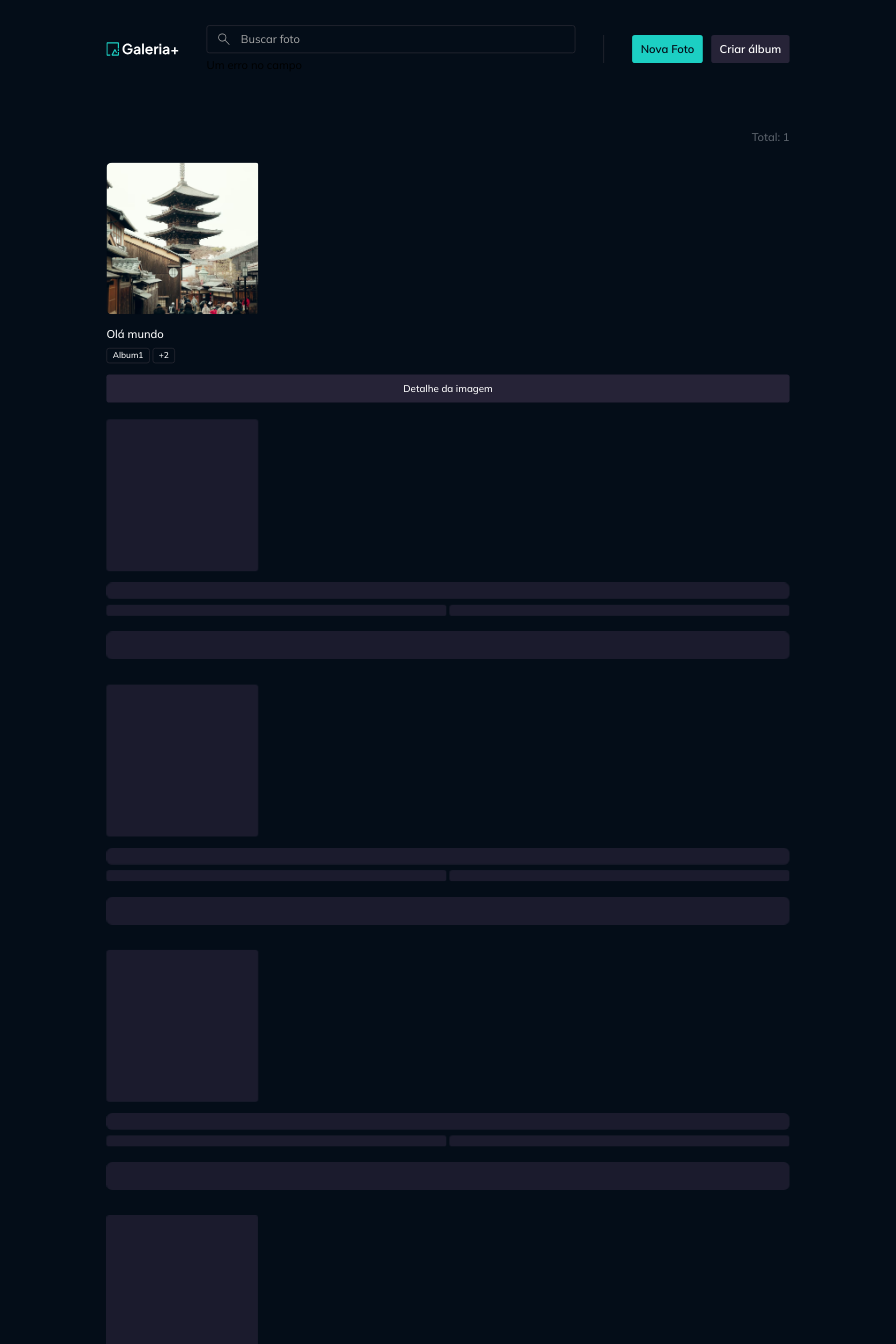
Repository: LuizMXavier/gallery-plus
Page: /
These files come from the project's save history. The page is drawn as it stood at one moment and after a run of saves; the edit follows.
The browser window is 1280 px wide. The pictures show the part of the page from y = 0 to 1920 px (the page is 4493 px tall before and 4521 px after), at 70% of full size.
The project was rebuilt for these pictures with package versions that can differ from the ones it lists, and the page was loaded fresh each time. Also part of the build but not shown: vite.config.ts, src/components/button-icon.tsx, src/components/alert.tsx, src/components/input-checkbox.tsx, src/components/input-single-file.tsx, src/components/card.tsx, src/components/dialog.tsx, src/pages/pages-components.tsx and 1 more.

Above is the page before, as saved 2025-09-22 17:50:13.

### index.html
<!DOCTYPE html>
<html lang="en">
	<head>
		<meta charset="UTF-8" />
		<link rel="icon" type="image/svg+xml" href="/favicon.svg" />

		<meta name="viewport" content="width=device-width, initial-scale=1.0" />

		<link rel="preconnect" href="https://fonts.googleapis.com" />
		<link rel="preconnect" href="https://fonts.gstatic.com" crossorigin />
		<link
			href="https://fonts.googleapis.com/css2?family=Mulish:ital,wght@0,200..1000;1,200..1000&display=swap"
			rel="stylesheet"
		/>

		<title>Galeria+</title>
	</head>
	<body class="bg-background-primary">
		<div id="root"></div>
		<script type="module" src="/src/main.tsx"></script>
	</body>
</html>

### src/main.tsx
import "./index.css";

import {StrictMode} from "react";
import {createRoot} from "react-dom/client";
import App from "./App.tsx";

createRoot(document.getElementById("root")!).render(
	<StrictMode>
		<App />
	</StrictMode>
);

### src/index.css
@import "tailwindcss";
@import "tw-animate-css";

@theme {
	--color-*: initial;
	--color-white: #ffffff;
	--color-black: #000000;
	--color-background-primary: #040d18;
	--color-background-secondary: #262337;
	--color-background-tertiary: #3c3857;
	--color-border-primary: #2c2c35;
	--color-border-active: #4c4c5d;
	--color-accent-brand: #1ccfc3;
	--color-accent-brand-light: #66eae1;
	--color-accent-red: #f54a26;
	--color-heading: #fafcff;
	--color-accent-paragraph: #f1f7ff;
	--color-accent-span: #5c636c;
	--color-placeholder: #a9a9a9;
	--color-label: #ffffff;
	--color-label-inverse: #040d18;

	--font-sans: "Mulish", sans-serif;
}

### src/App.tsx
import {BrowserRouter, Route, Routes} from "react-router";
import PageComponents from "./pages/pages-components";
import LayoutMain from "./pages/layout-main";
import PageHome from "./pages/page-home";
import PagePhotoDetails from "./pages/page-photo-details";

export default function App() {
	return (
		<BrowserRouter>
			<Routes>
				<Route element={<LayoutMain/>}>
					<Route index element={<PageHome/>}/>
					<Route path="/fotos/:id" element={<PagePhotoDetails/>}/>
					<Route path="/componentes" element={<PageComponents/>}/>
				</Route>

			</Routes>
		</BrowserRouter>
	)
}

### src/pages/layout-main.tsx
import { Outlet } from "react-router";
import MainHeader from "../components/main-header";
import MainContent from "../components/main-content";

export default function LayoutMain() {
  return (
    <>
      <MainHeader className="mt-9" />
      <MainContent>
        <Outlet />
      </MainContent>
    </>
  );
}

### src/pages/page-home.tsx
import Container from "../components/container";
import PhotoList from "../contexts/photos/components/photos-list";

export default function PageHome() {
  return (
    <Container>
      <PhotoList
        photos={[{
            id: "123",
            title: "Olá mundo",
            imageId: "portrait-tower.png",
            albums: [
              { id: "3421", title: "Album1" },
              { id: "123", title: "Album2" },
              { id: "456", title: "Album3" },
            ],
          },
        ]}
      />
    </Container>
  );
}

### src/components/button.tsx
import React from "react";
import Icon from "./icon";
import Text from "./text";
import {tv, type VariantProps} from "tailwind-variants";
import SpinnerIcon from "../assets/icons/spinner.svg?react";
import cx from "classnames";

export const buttonVariants = tv({
	base: "flex items-center justify-center cursor-pointer transition rounded group gap-1",
	variants: {
		variant: {
			primary: "bg-accent-brand hover:bg-accent-brand-light",
			secondary: "bg-background-secondary hover:bg-background-tertiary",
			destructive: "bg-background-secondary hover:bg-background-tertiary",
			ghost: `
					bg-transparent border border-solid border-border-primary
				text-accent-paragraph hover:border-background-secondary
				`,
		},
		size: {
			sm: "h-7 py-1 px-3",
			md: "h-10 py-2 pl-3 pr-3",
		},
		disabled: {
			true: "opacity-50 pointer-events-none",
		},
		handling: {
			true: "pointer-events-none",
		},
	},
	defaultVariants: {
		variant: "primary",
		size: "md",
		disabled: false,
		handling: false,
	},
});

export const buttonTextVariants = tv({
	variants: {
		variant: {
			primary: "text-label-inverse",
			secondary: "text-label",
			destructive: "text-accent-red",
			ghost: "text-accent-paragraph",
		},
		size: {
			sm: "text-sm",
			md: "text-base",
		},
	},
	defaultVariants: {
		variant: "primary",
		size: "md",
	},
});

export const buttonIconVariants = tv({
	variants: {
		variant: {
			primary: "fill-label-inverse",
			secondary: "fill-label",
			destructive: "fill-accent-red",
			ghost: "fill-accent-paragraph",
		},
		size: {
			sm: "w-4 h-4",
			md: "w-6 h-6",
		},
		handling: {
			true: "w-4 h-4",
		},
	},
	defaultVariants: {
		variant: "primary",
		size: "md",
	},
});

interface ButtonProps
	extends Omit<React.ComponentProps<"button">, "size" | "disabled">,
		VariantProps<typeof buttonVariants> {
	icon?: React.ComponentProps<typeof Icon>["svg"];
	handling?: boolean;
}

export default function Button({
	variant,
	size,
	disabled,
	className,
	children,
	handling,
	icon,
	type = "button",
	...props
}: ButtonProps) {
	return (
		<button
			type={type}
			className={buttonVariants({
				variant,
				size,
				disabled,
				handling,
				className: cx(
					{
						"pr-1": icon,
					},
					className
				),
			})}
			disabled={disabled as boolean}
			{...props}
		>
			<Text
				variant="label-medium"
				className={buttonTextVariants({variant, size})}
			>
				{children}
			</Text>
			{(icon || handling) && (
				<Icon
					svg={handling ? SpinnerIcon : icon!}
					animate={handling}
					className={buttonIconVariants({variant, size, handling})}
				/>
			)}
		</button>
	);
}

### src/components/badge.tsx
import React from "react";
import Text from "./text";
import {tv, type VariantProps} from "tailwind-variants";
import cx from "classnames";
import Skeleton from "./skeleton";

export const badgeVariants = tv({
	base: "inline-flex items-center justify-center rounded",
	variants: {
		variant: {
			none: "",
			ghost:
				"bg-transparent border border-solid border-border-primary text-accent-paragraph",
		},
		size: {
			xs: "py-0.5 px-2",
			sm: "py-1 px-3",
		},
	},
	defaultVariants: {
		variant: "ghost",
		size: "sm",
	},
});

export const badgeTextVariants = tv({
	base: "text-xs",
	variants: {
		size: {
			xs: "text-xs",
			sm: "text-sm",
		},
	},
});

export const badgeSkeletonVariants = tv({
	variants: {
		size: {
			xs: "w-12 h-[1.375rem]",
			sm: "w-16 h-[1.875rem]",
		},
	},
	defaultVariants: {
		size: "sm",
	},
});

interface BadgeProps
	extends React.ComponentProps<"div">,
		VariantProps<typeof badgeVariants> {
	loading?: boolean;
}

export default function Badge({
	variant,
	size,
	className,
	children,
	loading,
	...props
}: BadgeProps) {
	if (loading) {
		return (
			<Skeleton
				rounded="full"
				className={cx(
					badgeVariants({variant: "none"}),
					badgeSkeletonVariants({size}),
					className
				)}
			/>
		);
	}

	return (
		<div className={badgeVariants({variant, size, className})} {...props}>
			<Text className={badgeTextVariants({size})}>{children}</Text>
		</div>
	);
}

### src/components/text.tsx
import React from "react";
import {tv, type VariantProps} from "tailwind-variants";

export const textVariants = tv({
	base: "font-sans text-white",
	variants: {
		variant: {
			"heading-large": "text-2xl leading-[130%] font-bold",
			"heading-medium": "text-xl leading-[130%] font-bold",
			"heading-small": "text-base leading-[130%] font-bold",
			"paragraph-large": "text-base leading-[150%] font-medium",
			"paragraph-medium": "text-sm leading-[150%] font-medium",
			"paragraph-small": "text-xs leading-[150%] font-medium",
			"label-medium": "text-base leading-[150%] font-semibold",
			"label-small": "text-xs leading-[150%] font-semibold",
		},
	},
	defaultVariants: {
		variant: "paragraph-medium",
	},
});

interface TextProps extends VariantProps<typeof textVariants> {
	as?: keyof React.JSX.IntrinsicElements;
	className?: string;
	children?: React.ReactNode;
}

export default function Text({
	as = "span",
	variant,
	className,
	children,
	...props
}: TextProps) {
	return React.createElement(
		as,
		{
			className: textVariants({variant, className}),
			...props,
		},
		children
	);
}

### src/components/divider.tsx
import {tv, type VariantProps} from "tailwind-variants";

export const dividerVariants = tv({
	base: "w-full h-px ",
	variants: {
		variant: {
			default: "bg-border-primary",
		},
		orientation: {
			horizontal: "w-full h-px",
			vertical: "w-px h-full",
		},
	},
	defaultVariants: {
		variant: "default",
	},
});

interface DividerProps
	extends React.ComponentProps<"div">,
		VariantProps<typeof dividerVariants> {
	orientation?: "horizontal" | "vertical";
}

export default function Divider({
	className,
	orientation = "horizontal",
	...props
}: DividerProps) {
	return (
		<div className={dividerVariants({className, orientation})} {...props} />
	);
}

### src/components/input-text.tsx
import { tv, type VariantProps } from "tailwind-variants";
import Icon from "./icon";
import Text from "./text";
import { serialize } from "v8";

export const inputTextContainerVariants = tv({
    base: "flex flex-col gap-1"
})

export const inputTextWrapperVariants = tv({
    base:`
        border border-solid border-border-primary
        focus:border-border-active bg-transparent
        rounded flex items-center gap-3
    `,
    variants: {
        size: {
            md:"h-10 p-3"
        },
        disabled: {
            true:"pointer-events-none"
        }
    },
    defaultVariants: {
        size:"md",
        disabled: false
    }
});

export const inputTextVariants = tv({
    base: `
        bg-transparent outiline-none placeholder:text-placeholder
        text-accent-paragraph flex-1
    `
})

export const inputTextIconVariants = tv({
    base:"fill-placeholder",
    variants: {
        size: {
            md:"w-6 h-6"
        }
    },
    defaultVariants: {
        size:"md"
    }
})

interface InputTextProps
    extends VariantProps<typeof inputTextWrapperVariants>,
    Omit<React.ComponentProps<"input">,"size" | "disabled"> {
        icon?: React.ComponentProps<typeof Icon>['svg'],
        error?: React.ReactNode;
    }

export default function InputText({
    size,
    disabled,
    className,
    icon,
    error,
    ...props
}: InputTextProps) {
    return (
        <div className={inputTextContainerVariants(className)}>
            <div className={inputTextWrapperVariants({size, disabled})}>
                {icon && <Icon svg={icon} className={inputTextIconVariants({size})}/>}
                <input className={inputTextVariants()} disabled={disabled as boolean} {...props}/>
            </div>Um erro no campo
            {error && (
                <Text variant="label-small" className="text-accent-red">
                {error}
            </Text>
            )}
        </div>
    )
}

### src/components/image-preview.tsx
import { tv } from "tailwind-variants";
import React from "react";

export const imageFilePreviewVariants = tv({
    base:`
        rounded-lg overflow-hidden
    `
});

export const imageFilePreviewImageVariants = tv ({
    base: `w-full h-full object-cover `
})

interface ImageFilePreviewProps extends React.ComponentProps<"img"> {
    imageClassName?: string;
}

export default function ImageFilePreview({
    className,
    imageClassName,
    ...props
}: ImageFilePreviewProps) {
    return (
        <div className={imageFilePreviewVariants({className})}>
            <img className={imageFilePreviewImageVariants({className: imageClassName})} {...props} />
        </div>
    )
}

### src/components/main-header.tsx
import { Link } from "react-router";
import Container from "./container";
import Logo from "../assets/images/galeria-plus-full-logo.svg?react";
import cx from 'classnames';
import Button from "./button";
import PhotosSearch from "./photos-search";
import Divider from "./divider";


interface MainHeaderProps extends React.ComponentProps<typeof Container>{}

export default function MainHeader({className, ...props}: MainHeaderProps) {
    return (
        <Container
            as="header"
            className={cx("flex justify-between items-center gap-10", className)} {...props}
        >
            <Link to="/">
                <Logo className="h-5"/>
            </Link>

            <PhotosSearch/>
            <Divider orientation="vertical" className="h-10"/>

            <div className="flex items-center gap-3">
                <Button>Nova Foto</Button>
                <Button variant="secondary">Criar álbum</Button>
            </div>

        </Container>
    );
}

### src/components/main-content.tsx
import cx from "classnames";

interface MainContentProps extends React.ComponentProps<"main">{}

export default function MainContent({
    children,
    className,
    ...props
}: MainContentProps) {
    return (
        <main className={cx("mt-20 pb-20", className)} {...props}>
            {children}
        </main>
    )
}

### src/components/container.tsx
import {type VariantProps, tv} from "tailwind-variants";
import React from "react";

export const containerVariants = tv({
	base: "mx-auto",
	variants: {
		size: {
			md: "max-w-[62rem] px-2",
		},
	},
	defaultVariants: {
		size: "md",
	},
});

interface ContainerProps
	extends VariantProps<typeof containerVariants>,
		React.ComponentProps<"div"> {
	as?: keyof React.JSX.IntrinsicElements;
}

export default function Container({
	as = "div",
	children,
	className,
	...props
}: ContainerProps) {
	return React.createElement(
		as,
		{
			className: containerVariants({size: "md", className}),
			...props,
		},
		children
	);
}

### src/contexts/photos/components/photos-list.tsx
import type { Photo } from "../models/photo";
import PhotoWidget from "./photo-widget";
import Text from "../../../components/text";
import Skeleton from "../../../components/skeleton";

interface PhotosListProps {
  photos: Photo[];
  loading?: boolean;
}

export default function PhotoList({ photos, loading }: PhotosListProps) {
  return (
    <div className="space-y-6">
        <Text
            as="div"
            variant="paragraph-large"
            className="flex items-center justify-end gap-1 text-accent-span"
        >
            Total:{" "}
            {!loading ? (
                <div>{photos.length}</div>
            ): (
                <Skeleton className="w-6 h-6"/>
            )}

        </Text>
      {!loading && photos?.length > 0 && (
        <div className="grid grid-colds-4 gap-9">
          {photos.map((photo) => (
            <PhotoWidget photo={photo} key={photo.id} />
          ))}
        </div>
      )}
      {!loading && (
        <div className="grid grid-colds-4 gap-9">
          {Array.from({ length: 10 }).map((_, index) => (
            <PhotoWidget
              key={`photo-loading-${index}`}
              photo={{} as Photo}
              loading
            />
          ))}
          ;
        </div>
      )}

      {!loading && photos.length === 0 && (
        <div className="flex justify-center items-center h-full">
          <Text variant="paragraph-large">Nenhuma foto encontrada</Text>
        </div>
      )}
    </div>
  );
}

### src/components/icon.tsx
import React from "react";
import {tv, type VariantProps} from "tailwind-variants";

export const iconVariants = tv({
	variants: {
		animate: {
			false: "",
			true: "animate-spin",
		},
	},
	defaultVariants: {
		animate: false,
	},
});

interface IconProps
	extends React.ComponentProps<"svg">,
		VariantProps<typeof iconVariants> {
	svg: React.FC<React.ComponentProps<"svg">>;
}

export default function Icon({
	svg: SvgComponent,
	animate,
	className,
	...props
}: IconProps) {
	return (
		<SvgComponent className={iconVariants({animate, className})} {...props} />
	);
}

### src/components/skeleton.tsx
import {tv, type VariantProps} from "tailwind-variants";
import React from "react";

export const skeletonVariants = tv({
	base: "animate-pulse bg-background-secondary pointer-events-none",
	variants: {
		rounded: {
			sm: "rounded-sm",
			lg: "rounded-lg",
			full: "rounded-full",
		},
	},
	defaultVariants: {
		rounded: "lg",
	},
});

interface SkeletonProps
	extends VariantProps<typeof skeletonVariants>,
		React.ComponentProps<"div"> {}

export default function Skeleton({
	rounded,
	className,
	...props
}: SkeletonProps) {
	return <div className={skeletonVariants({rounded, className})} {...props} />;
}

### src/components/photos-search.tsx
import InputText from "./input-text";
import SearchIcon from "../assets/icons/search.svg?react";
import React from "react";
import { debounce } from "../helpers/utils";

export default function PhotosSearch() {
    const [inputValue, setInputValue] = React.useState("");

    const debouncedSetValue = React.useCallback(
        debounce((value: string) => {
            console.log("Valor com debounce", value);
        },200),[]
    )

    function handleInputChange(e: React.ChangeEvent<HTMLInputElement>) {
        const value = e.target.value;


        setInputValue(value);
        debouncedSetValue(value);
    }
  return (
    <div className="relative flex-grow">
      <InputText icon={SearchIcon} placeholder="Buscar foto" value={inputValue} onChange={handleInputChange} />
    </div>
  );
}

### src/contexts/photos/components/photo-widget.tsx
import ImageFilePreview from "../../../components/image-preview";
import type { Photo } from "../models/photo";
import Skeleton from "../../../components/skeleton";
import Text from "../../../components/text";
import Badge from "../../../components/badge";
import { Link } from "react-router";
import { buttonTextVariants, buttonVariants } from "../../../components/button";
interface PhotoWidgetProps {
    photo: Photo;
    loading?: boolean;
}

export default function PhotoWidget({photo, loading}: PhotoWidgetProps) {
    return (
        <div className="flex flex-col gap-4">
            {!loading ? (
                <ImageFilePreview
                    src={`/images/${photo.imageId}`}
                    title={photo.title}
                    imageClassName="w-[13.5625rem] h-[13.5625rem] rounded lg"/>

            ): (
                <Skeleton className="w-[13.5625rem] h-[13.5625rem] rounded lg"/>
            )}

            <div className="flex flex-col gap-2">
                {!loading ? (
                    <Text variant="paragraph-large" className="truncate">
                        {photo.title}
                    </Text>
                ): (
                    <Skeleton className="w-full h-6"/>
                )}

                <div className="flex gap-1 min-h-[1.375rem]">
                    {!loading ? (
                        <>
                            {photo.albums.slice(0,1).map(album => (
                                <Badge className="truncate" size="xs" key={album.id}>
                                    {album.title}
                                </Badge>
                            ))}
                            {photo.albums.length > 1 && <Badge size="xs">
                                +{photo.albums.length - 1}
                                </Badge>}
                        </>
                    ): (
                        Array.from({length: 2}).map((_,index) => (
                            <Skeleton
                            key={`album-loading-${index}`}
                            className="w-full h-4 rounded-sm"
                            />
                        ))
                    )}

                </div>
            </div>
            {!loading ? (
                <Link
                  to={`/fotos/${photo.id}`}
                  className={buttonVariants({
                    variant:"secondary",
                    className:"px-2 py-2",
                  })}
                >
                    <Text className={buttonTextVariants({variant:"secondary",size:"sm"})}>
                        Detalhe da imagem
                    </Text>
                </Link>
            ): (
                <Skeleton className="w-full h-10"/>
            )}
        </div>
    )
}

### src/helpers/utils.ts

export function debounce<T extends (...args: any[]) => any>(
    func: T,
    wait: number
) {
    let timeout: ReturnType<typeof setTimeout> | null = null;

    return function (...args: Parameters<T>): void {
        const later = () => {
            timeout = null;
            func(...args);
        };

        if(timeout !== null) {
            clearTimeout(timeout);
        }

        timeout = setTimeout(later, wait);
    }
}

### src/contexts/albums/components/albums-filter.tsx
import Button from "../../../components/button";
import Text from "../../../components/text";
import type{ Album } from "../models/album";
import cx from "classnames";

interface AlbumsFilterProps extends React.ComponentProps<"div"> {
    albums: Album[];
    loading?: boolean;
}

export default function AlbumsFilter({albums, loading, className, ...props}: AlbumsFilterProps) {
    return (
        <div className={cx("flex items-center gap-3.5 overflow-x-auto", className)}{...props}>
            <Text variant="heading-small">Álbuns</Text>
            <div className="flex gap-3">
                <Button variant="ghost" size="sm" className="cursor-pointer">
                    Todos
                </Button>
            </div>
        </div>
    )
}

After the next 4 saves:
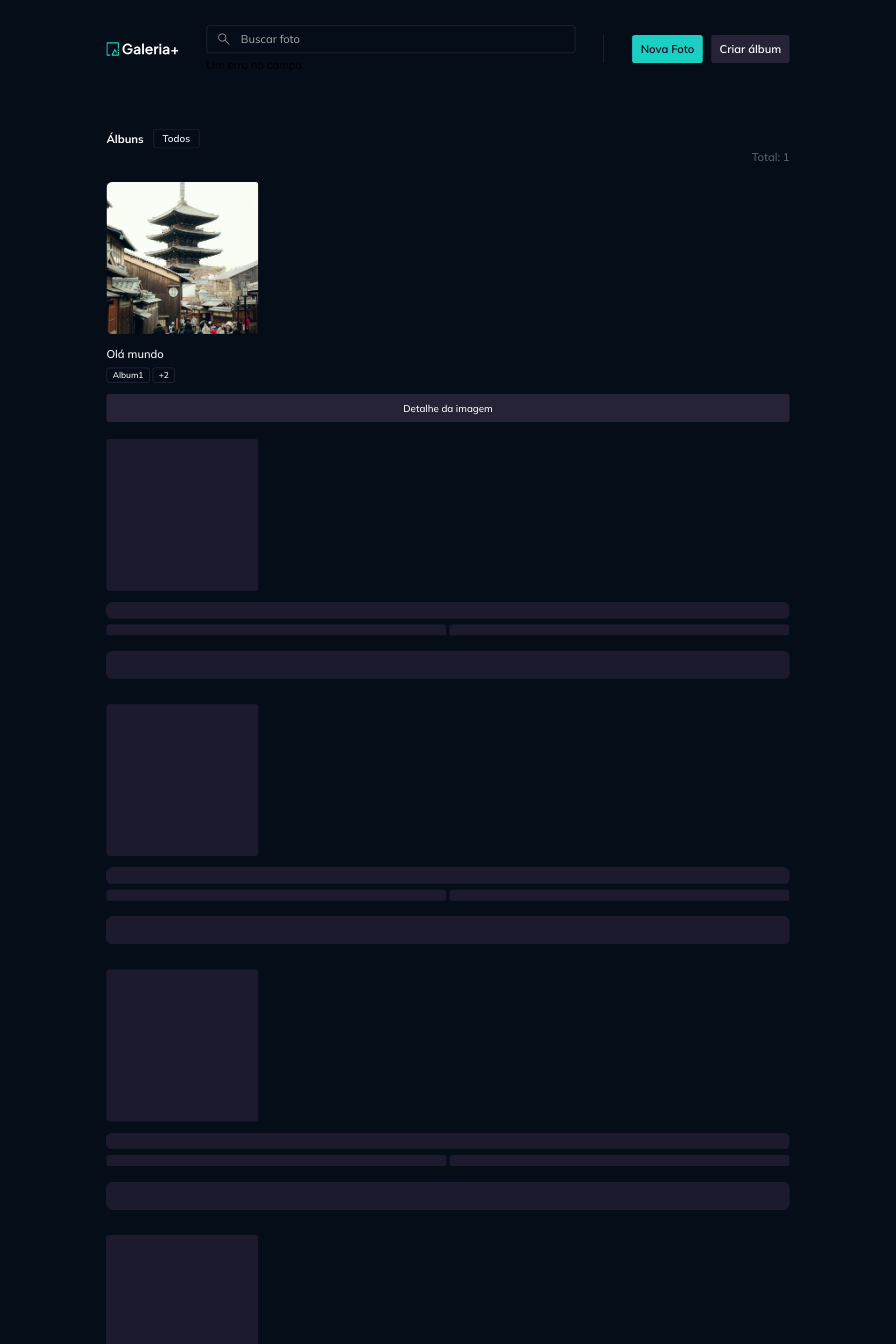
The 4 saves are shown as one change because they came seconds apart.
The last was saved 38 s later.
--- a/src/pages/page-home.tsx
+++ b/src/pages/page-home.tsx
@@ -1,9 +1,11 @@
 import Container from "../components/container";
+import AlbumsFilter from "../contexts/albums/components/albums-filter";
 import PhotoList from "../contexts/photos/components/photos-list";
 
 export default function PageHome() {
   return (
     <Container>
+      <AlbumsFilter/>
       <PhotoList
         photos={[{
             id: "123",
